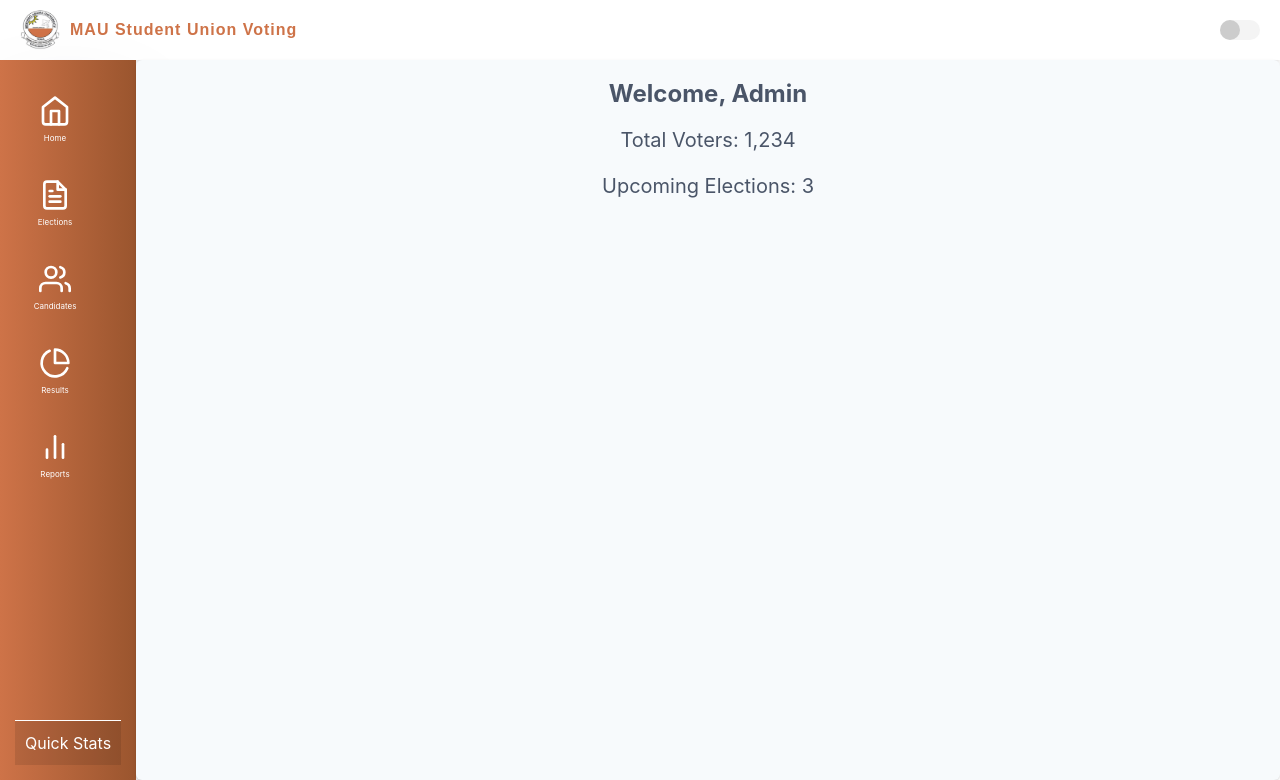
Repository: joena1o/e-vote
Page: /ElectionCommittee-dashboard
These files come from the project's save history. The page is drawn as it stood at one moment and after the next save; the edit follows.
The browser window is 1280 px wide. The pictures show the whole page.
The project was rebuilt for these pictures with package versions that can differ from the ones it lists, and the page was loaded fresh each time. Also part of the build but not shown: src/components/EnhancedLogin.js, src/components/maincontent/RegisterStudents/ManageStudents.js, src/components/maincontent/RegisterStudents/RegisterStudents.js, src/components/maincontent/RegisterStudents/StudentManagement.js, src/components/maincontent/ElectionResults/ViewResults.js, src/components/maincontent/ElectionResults/report.js, src/components/maincontent/ElectionResults/ViewElectionResults.js, src/components/maincontent/Settings/Settings.js and 21 more.

Above is the page before, as saved 2023-11-01 23:13:16.

### src/index.js
import React from 'react';
import ReactDOM from 'react-dom/client';
import './index.css';
import App from './App';
import reportWebVitals from './reportWebVitals';
import Modal from 'react-modal';

// Set the app element for the modal for accessibility purposes
Modal.setAppElement('#root');

const root = ReactDOM.createRoot(document.getElementById('root'));
root.render(
  <React.StrictMode>
    <App />
  </React.StrictMode>
);

// If you want to start measuring performance in your app, pass a function
// to log results (for example: reportWebVitals(console.log))
// or send to an analytics endpoint. Learn more: https://bit.ly/CRA-vitals
reportWebVitals();

### src/App.js
import React from 'react';
import { BrowserRouter as Router, Routes, Route, Navigate } from 'react-router-dom';
import EnhancedLogin from './components/EnhancedLogin';
import AdminDashboard from './components/AdminDashboard';
import StudentDashboard from './components/StudentDashboard';
import { ChakraProvider, ColorModeProvider, Button, useColorMode } from '@chakra-ui/react';
import { Provider } from 'react-redux';
import store from './Redux/store';
import ElectionCommitteeDashboard from './components/maincontent/ElectionCommitteeDashboard';

// Component to toggle dark mode
function DarkModeToggle() {
  const { colorMode, toggleColorMode } = useColorMode();
  return (
    <Button onClick={toggleColorMode} position="fixed" m={4} zIndex={10}>
      Toggle {colorMode === 'light' ? 'Dark' : 'Light'}
    </Button>
  );
}

function App() {
  // Check if the current route is not the "/login" route, then render the DarkModeToggle
  // const isLoginPage = window.location.pathname === '/login';

  return (
    <Provider store={store}>
      <ChakraProvider>
        <ColorModeProvider options={{ useSystemColorMode: true }}>
          <Router>
            <Routes>
              {/* Define your routes */}
              <Route path="/login" element={<EnhancedLogin />} />
              <Route path="/admin-dashboard/*" element={<AdminDashboard />} />
              <Route path="/ElectionCommittee-dashboard/*" element={<ElectionCommitteeDashboard />} />
              <Route path='/student-dashboard/*' element={<StudentDashboard />} />
              {/* Redirect root to /admin-dashboard */}
              <Route path="/" element={<Navigate to="/admin-dashboard" replace />} />
            </Routes>
          </Router>
          {/* Render DarkModeToggle only if not on the "/login" page */}
          {/* {!isLoginPage && <DarkModeToggle />} */}
        </ColorModeProvider>
      </ChakraProvider>
    </Provider>
  );
}

export default App;

### src/Redux/store.js
import { configureStore } from '@reduxjs/toolkit';
import electionReducer from './electionSlice';
import studentsReducer from './studentsSlice';
import candidatesReducer from './CandidateSlice'; // Import the candidates reducer

const store = configureStore({
  reducer: {
    elections: electionReducer,
    students: studentsReducer,
    candidates: candidatesReducer, // Add the candidates reducer here
  },
});

export default store;

### src/components/maincontent/ElectionCommitteeDashboard.js
// ElectionCommitteeDashboard.js
import React from 'react';
import { Routes, Route } from 'react-router-dom';
import ElectionCommitteeSidebar from './ElectionCommitteeSidebar';
import Navbar from '../Navbar';
import styled from 'styled-components';
import ElectionList from './ManageElections/ElectionList';
import ViewResults from './ElectionResults/ViewResults';
import ElectionCommitteeHome from './home/ElectionCommitteeHome';
import CandidatesScreening from './CandidateScreening/CandidateScreening';



const Container = styled.div`
  display: flex;
  flex-direction: column;
  height: 100vh;
  width: 100%;
`;

const Content = styled.div`
  display: flex;
  flex: 1;
`;

const ElectionCommitteeDashboard = () => {
  return (
    <Container>
      <Navbar />
      <Content>
        <ElectionCommitteeSidebar />
        <Routes>
          <Route index element={<ElectionCommitteeHome />} />

          <Route path="election-list" element={<ElectionList />} />
          <Route path="candidates-screening" element={<CandidatesScreening />} />
          <Route path="view-results" element={<ViewResults />} />

        </Routes>
      </Content>
    </Container>
  );
};

export default ElectionCommitteeDashboard;

### src/components/Navbar.js
import React from 'react';
import styled, { createGlobalStyle } from 'styled-components';
import logo from '../assets/school_logo.jpg';
import { useColorMode } from '@chakra-ui/react';

const GlobalStyle = createGlobalStyle`
  body {
    background-color: ${props => (props.theme === 'dark' ? '#333' : '#fff')};
    color: ${props => (props.theme === 'dark' ? '#fff' : '#000')}; // Set other component texts to black in light mode
  }
`;

const Header = styled.header`
  background: ${props => (props.theme === 'dark' ? '#333' : '#fff')};
  color: ${props => (props.theme === 'dark' ? '#fff' : '#ce7348')}; // Set navbar text to brown in light mode
  padding: 10px 20px;
  display: flex;
  align-items: center;
  justify-content: flex-start;
  box-shadow: 0px 2px 4px rgba(0, 0, 0, 0.1);
  font-family: 'Poppins', sans-serif;
`;


const Logo = styled.img`
  width: 40px;
  height: 40px;
  border-radius: 20px;
  margin-right: 10px;
`;

const Title = styled.h1`
  margin: 0;
  padding: 0;
  font-size: 1rem;
  font-weight: 600;
  letter-spacing: 1px;
`;

const ToggleSlider = styled.label`
  display: flex;
  align-items: center;
  cursor: pointer;
  margin-left: auto;
`;

const SliderInput = styled.input.attrs({ type: 'checkbox' })`
  display: none;
`;

const Slider = styled.div`
  width: 40px;
  height: 20px;
  background-color: ${props => (props.theme === 'dark' ? '#333' : '#f4f4f4')};
  border-radius: 20px;
  position: relative;
  transition: background-color 0.3s ease;
  cursor: pointer;

  &::after {
    content: '';
    width: 20px;
    height: 20px;
    border-radius: 50%;
    background-color: ${props => (props.theme === 'dark' ? '#fff' : '#ccc')};
    position: absolute;
    top: 50%;
    transform: translateY(-50%);
    left: ${props => (props.theme === 'dark' ? '20px' : '0')};
    transition: left 0.3s ease;
  }
`;

function Navbar() {
  const { colorMode, toggleColorMode } = useColorMode();

  return (
    <>
      <GlobalStyle theme={colorMode} />
      <Header theme={colorMode}>
        <Logo src={logo} alt="University Logo" />
        <Title>MAU Student Union Voting</Title>
        <ToggleSlider>
          <SliderInput type="checkbox" onChange={toggleColorMode} />
          <Slider theme={colorMode} />
        </ToggleSlider>
      </Header>
    </>
  );
}

export default Navbar;

### src/Redux/electionSlice.js
/*import { createSlice, createAsyncThunk } from '@reduxjs/toolkit';
import { API, graphqlOperation } from 'aws-amplify';
import { createElection as createElectionAPI } from '../graphql/mutations';

export const createElection = createAsyncThunk(
  'elections/createElection',
  async (election, { rejectWithValue }) => {
    try {
      const result = await API.graphql(graphqlOperation(createElectionAPI, { input: election }));
      return result.data.createElection;
    } catch (error) {
      return rejectWithValue(error);
    }
  }
);

const electionSlice = createSlice({
  name: 'elections',
  initialState: [],
  reducers: {},
  extraReducers: (builder) => {
    builder.addCase(createElection.fulfilled, (state, action) => {
      state.push(action.payload);
    });
  },
});

export default electionSlice.reducer;
*/

### src/Redux/studentsSlice.js
import { createSlice } from '@reduxjs/toolkit';

export const studentsSlice = createSlice({
  name: 'students',
  initialState: [],
  reducers: {
    addStudents: (state, action) => {
      // Add students to the Redux store
      action.payload.forEach(student => {
        state.push(student);
      });
    },
  },
});

export const { addStudents } = studentsSlice.actions;

export default studentsSlice.reducer;

### src/Redux/CandidateSlice.js

import { createSlice } from '@reduxjs/toolkit';

export const candidatesSlice = createSlice({
  name: 'candidates',
  initialState: [],
  reducers: {
    setCandidates: (state, action) => {
      return action.payload;
    },
  },
});

export const { setCandidates } = candidatesSlice.actions;
export default candidatesSlice.reducer;

### src/components/maincontent/ElectionCommitteeSidebar.js
import React from 'react';
import styled from 'styled-components';
import { Link } from 'react-router-dom';
import { FiHome, FiFileText, FiUsers, FiPieChart, FiBarChart2, FiTrendingUp } from 'react-icons/fi';
import { useColorMode } from '@chakra-ui/react';


const SidebarContainer = styled.nav`
  background: ${props => (props.theme === 'dark' ? '#333' : 'linear-gradient(to right, #ce7348, #9a552e)')};
  padding: 15px;
  height: 100vh;
  color: #fff;
  box-shadow: rgba(50, 50, 93, 0.25) 0px 50px 100px -20px, rgba(0, 0, 0, 0.3) 0px 30px 60px -30px;
  display: flex;
  flex-direction: column;
`;

const LinkList = styled.ul`
  list-style-type: none;
  padding: 0;
  flex: 1;
`;

const StyledLink = styled(Link)`
  text-decoration: none;
  color: #fff;
  display: flex;
  flex-direction: column;
  align-items: center;
  transition: color 0.3s ease;
  margin-bottom: 15px;
  cursor: pointer;
  font-size: 0.5rem;

  &:hover {
    color: #fce364;
  }

  width: 80px;
  text-align: center;
  word-wrap: break-word;
  overflow-wrap: break-word;
`;

const LinkItem = styled.li`
  display: flex;
  align-items: center;
  margin-top: 20px;
`;

const Icon = styled.div`
  font-size: 2rem;
  color: #fff;

  margin-bottom: 5px;

  ${StyledLink}:hover & {
    color: #fce364;
  }
`;

const QuickStats = styled.div`
  margin-top: auto;
  padding: 10px;
  background: rgba(0, 0, 0, 0.1);
  border-top: 1px solid #fff;
`;

function ElectionCommitteeSidebar() {
  const { colorMode } = useColorMode();

  return (
    <SidebarContainer theme={colorMode}>
      <LinkList>
        <LinkItem>
          <StyledLink to="/ElectionCommittee-dashboard">
            <Icon><FiHome /></Icon>
            Home
          </StyledLink>
        </LinkItem>
        <LinkItem>
          <StyledLink to="/ElectionCommittee-dashboard/election-list">
            <Icon><FiFileText /></Icon>
            Elections
          </StyledLink>
        </LinkItem>
        <LinkItem>
          <StyledLink to="/ElectionCommittee-dashboard/candidates-screening">
            <Icon><FiUsers /></Icon>
            Candidates
          </StyledLink>
        </LinkItem>
        <LinkItem>
          <StyledLink to="/ElectionCommittee-dashboard/view-results">
            <Icon><FiPieChart /></Icon>
            Results
          </StyledLink>
        </LinkItem>
        <LinkItem>
          <StyledLink to="/reports">
            <Icon><FiBarChart2 /></Icon>
            Reports
          </StyledLink>
        </LinkItem>
      </LinkList>
      <QuickStats>
        <h3>Quick Stats</h3>
        {/* Here you can place any quick statistics or relevant data for the admin */}
      </QuickStats>
    </SidebarContainer>
  );
}

export default ElectionCommitteeSidebar;

### src/components/maincontent/home/ElectionCommitteeHome.js
import React from 'react';
import { Box, VStack, Heading, Text, useColorModeValue } from '@chakra-ui/react';

function ElectionCommitteeHome() {
  // Mock data
  const adminName = 'Admin';
  const totalVoters = '1,234'; // Example total voters count
  const upcomingElectionsCount = 3; // Example upcoming elections count

  const bgColor = useColorModeValue('gray.50', 'gray.800');
  const textColor = useColorModeValue('gray.600', 'gray.200');

  return (
    <Box bg={bgColor} p={5} borderRadius="md" boxShadow="base" flex="1" textAlign="center" w="full">
      <VStack spacing={4} justify="center" align="center">
        <Heading fontSize="2xl" color={textColor}>Welcome, {adminName}</Heading>
        <Text fontSize="xl" color={textColor}>
          Total Voters: {totalVoters}
        </Text>
        <Text fontSize="xl" color={textColor}>
          Upcoming Elections: {upcomingElectionsCount}
        </Text>
        {/* You can add more statistics here */}
      </VStack>
    </Box>
  );
}

export default ElectionCommitteeHome;

Loaded but not shown: public/index.html (common file); src/index.css (common file); src/reportWebVitals.js (common file)

After the next save:
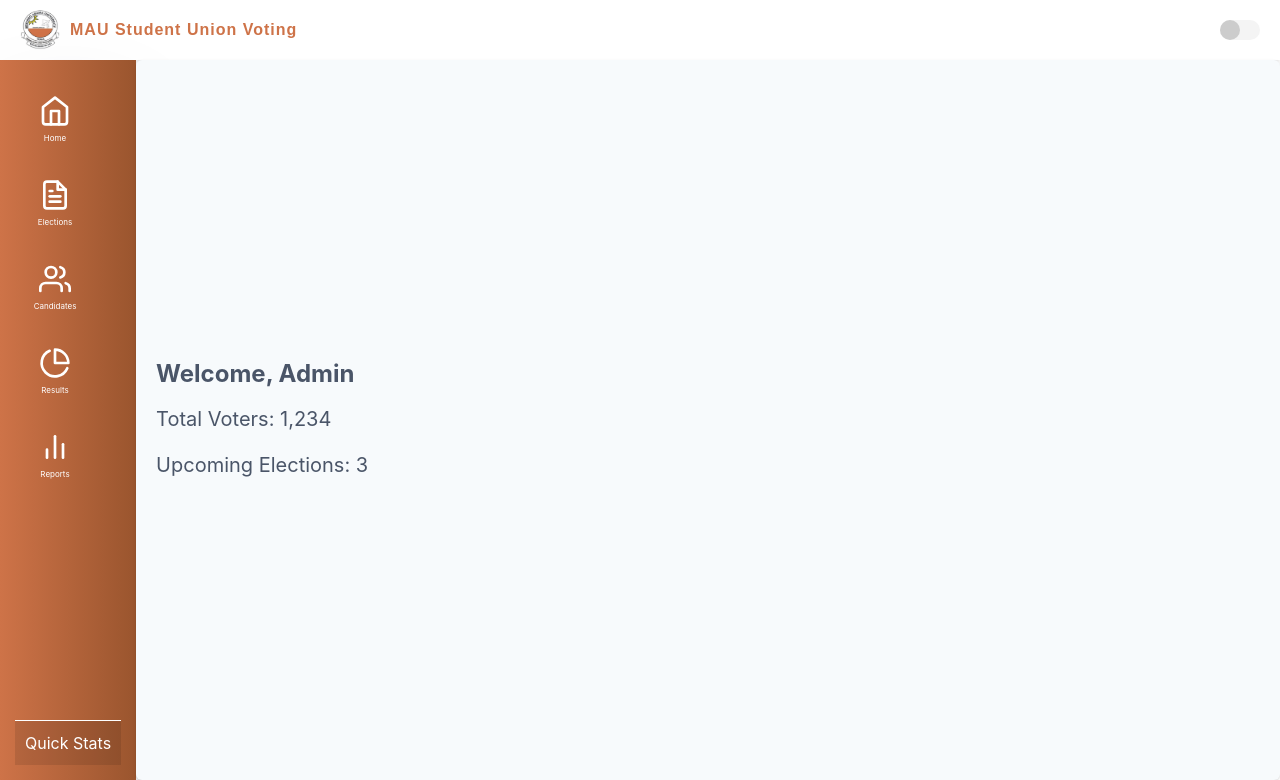
Saved 91 s later.
--- a/src/components/maincontent/home/ElectionCommitteeHome.js
+++ b/src/components/maincontent/home/ElectionCommitteeHome.js
@@ -1,5 +1,5 @@
 import React from 'react';
-import { Box, VStack, Heading, Text, useColorModeValue } from '@chakra-ui/react';
+import { Box, VStack, Heading, Text, Flex, useColorModeValue } from '@chakra-ui/react';
 
 function ElectionCommitteeHome() {
   // Mock data
@@ -11,17 +11,21 @@ function ElectionCommitteeHome() {
   const textColor = useColorModeValue('gray.600', 'gray.200');
 
   return (
-    <Box bg={bgColor} p={5} borderRadius="md" boxShadow="base" flex="1" textAlign="center" w="full">
-      <VStack spacing={4} justify="center" align="center">
-        <Heading fontSize="2xl" color={textColor}>Welcome, {adminName}</Heading>
-        <Text fontSize="xl" color={textColor}>
-          Total Voters: {totalVoters}
-        </Text>
-        <Text fontSize="xl" color={textColor}>
-          Upcoming Elections: {upcomingElectionsCount}
-        </Text>
-        {/* You can add more statistics here */}
-      </VStack>
+    <Box bg={bgColor} p={5} borderRadius="md" boxShadow="base" flex="1" w="full">
+      <Flex direction="column" align="start" justify="center" h="full">
+        <Heading fontSize="2xl" color={textColor} alignSelf="flex-start">
+          Welcome, {adminName}
+        </Heading>
+        <VStack spacing={4} align="stretch" mt={4}>
+          <Text fontSize="xl" color={textColor}>
+            Total Voters: {totalVoters}
+          </Text>
+          <Text fontSize="xl" color={textColor}>
+            Upcoming Elections: {upcomingElectionsCount}
+          </Text>
+          {/* You can add more statistics here */}
+        </VStack>
+      </Flex>
     </Box>
   );
 }
